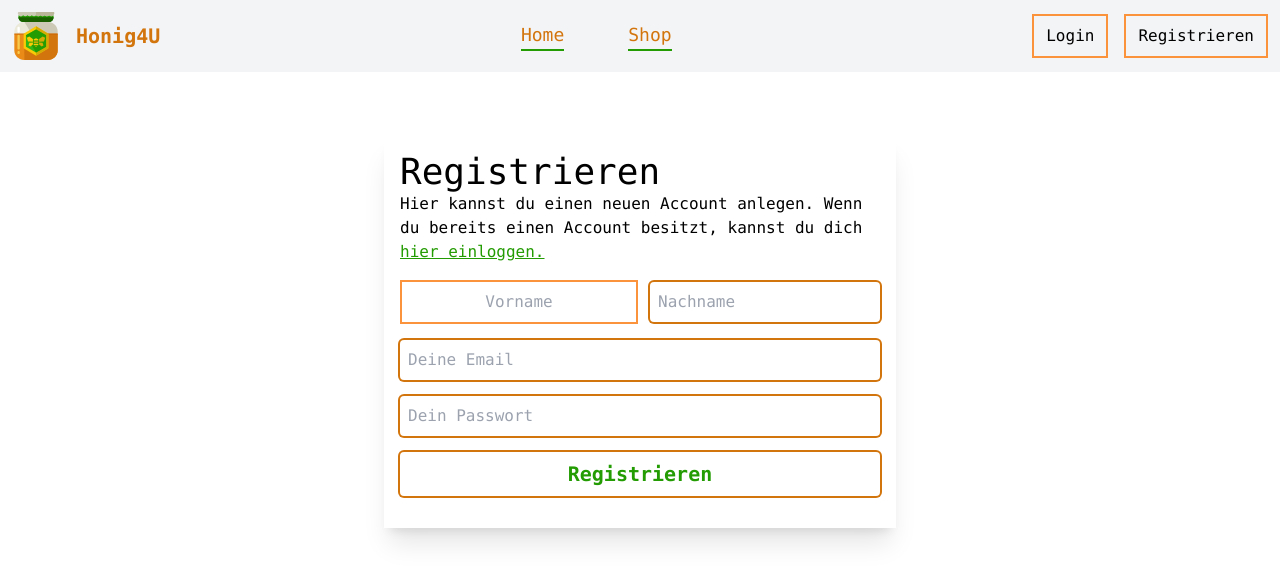
Repository: cainytheslave/PHPHonigShop
Page: http://localhost/registrierung.php
An editor plug-in stored every save of this project. The page is shown before and after the next save, followed by the edit.
The browser window is 1280 px wide. The pictures show the whole page.
The page is run by PHP 8.4 with error messages shown; the project is at /var/www/html/. Style sheets and scripts are compiled from the project's sources, by tool versions that may differ from the author's.

Above is the page before, as saved 2022-03-11 01:46:07.

After the next save:
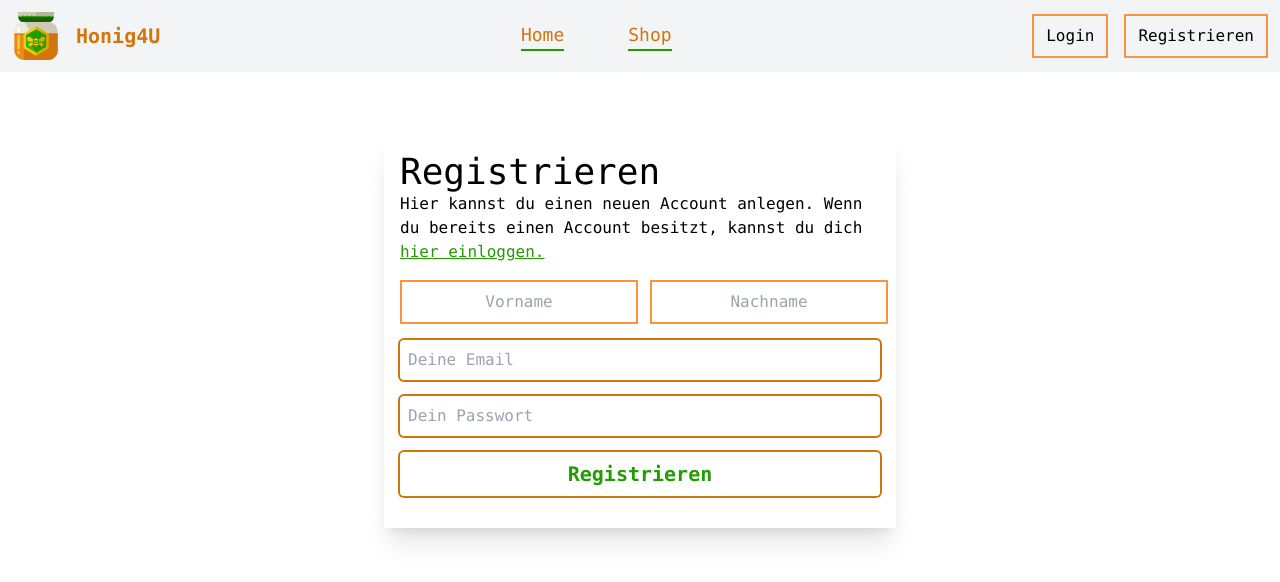
Saved 15 s later.
--- a/registrierung.php
+++ b/registrierung.php
@@ -81,7 +81,7 @@ if (isset($_POST['register'])) {
             <form class="flex flex-col gap-4 py-4" method="POST" action="">
                 <div class="flex items-center justify-between gap-3">
                     <?= Komponente::input('text', 'Vorname', 'vorname') ?>
-                    <input class="px-2 py-2 rounded grow ring-2 ring-honey" type="text" required name="nachname" placeholder="Nachname">
+                    <?= Komponente::input('text', 'Nachname', 'nachname') ?>
                 </div>
                 <input class="px-2 py-2 rounded ring-2 ring-honey" type="email" required name="email" placeholder="Deine Email">
                 <input class="px-2 py-2 rounded ring-2 ring-honey" type="password" required name="password" placeholder="Dein Passwort">
